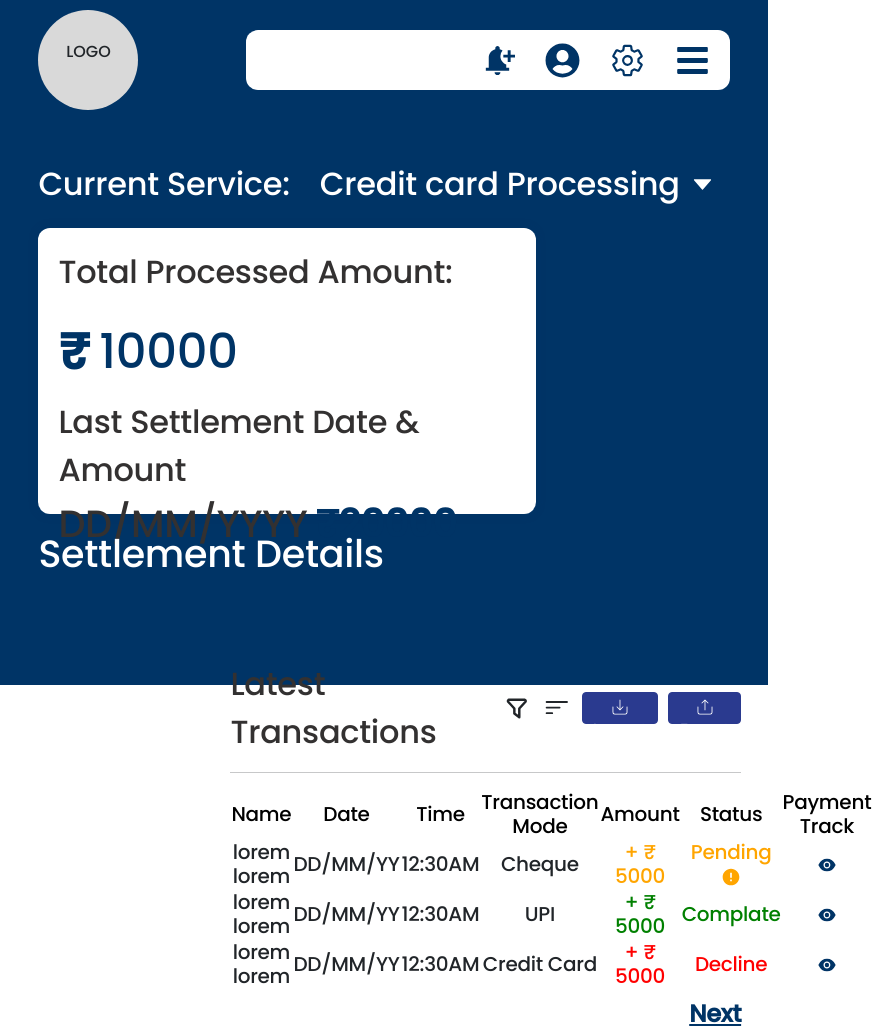
Repository: FlyweisReact/Prashant
Page: /dashboard
The author's editor kept a copy of each file at every save. The page is drawn from the files as they stood at one save, then again after the next save.
The browser window is 768 px wide. The page is 872 px wide, so the pictures cover 872 px, including what lies to the right of the window. The pictures show the whole page.
Some web libraries are served in a nearby version. The project was rebuilt for these pictures with package versions that can differ from the ones it lists, and the page was loaded fresh each time. Also part of the build but not shown: src/Pages/CryptoPayment.jsx, src/Pages/CurrentCharge.jsx, src/Styles/Login.module.css, src/Components/Login/LoginFirstSection.jsx, src/Components/Login/LoginMainSection.jsx, src/Pages/Login.jsx, src/Pages/MatureFund.jsx, src/Pages/OpenBanking.jsx and 12 more.

Above is the page before, as saved 2023-03-23 18:30:23.

After the next save:
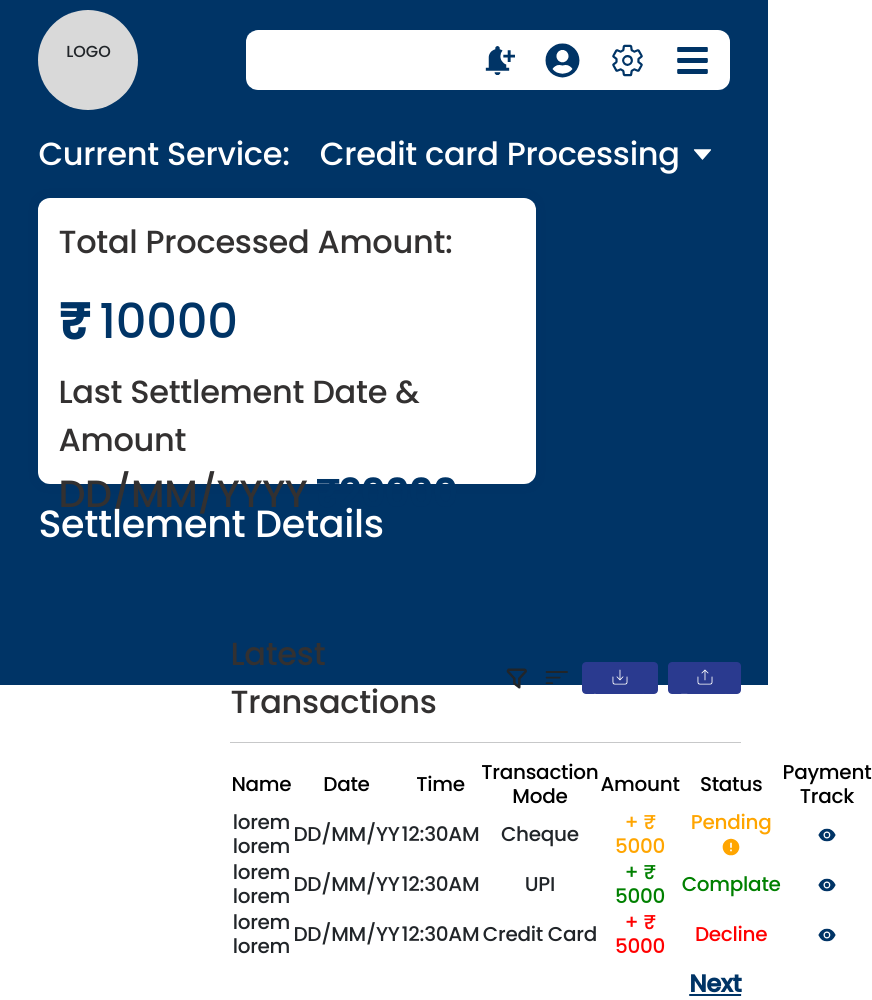
Saved 8 s later.
--- a/src/Styles/Dashboard.module.css
+++ b/src/Styles/Dashboard.module.css
@@ -207,5 +207,6 @@
   }
   .TotalAmountMainDiv > div {
     width: 100%;
-  }
-}
+    margin-top: 20px;
+  }
+}
